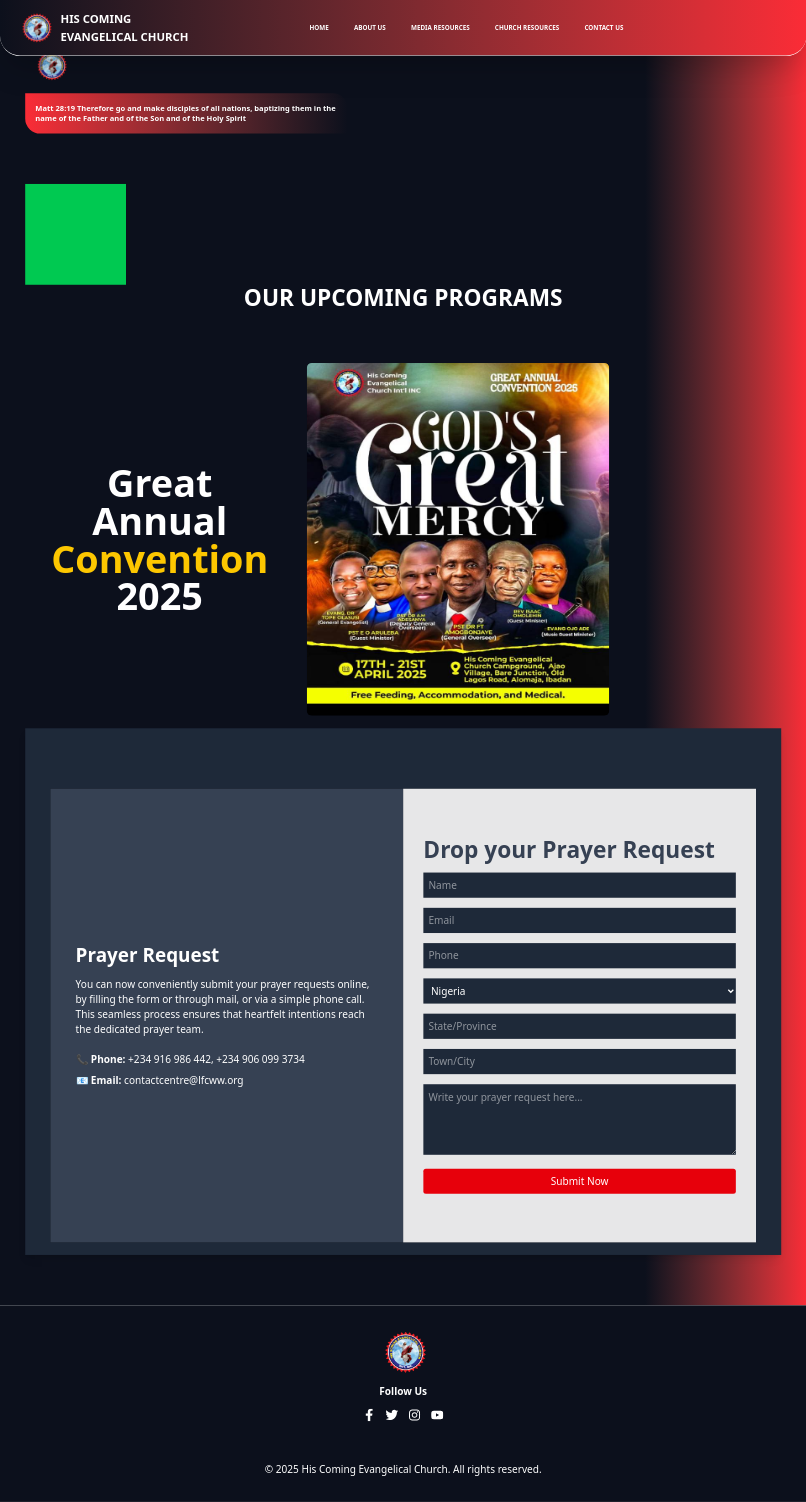
Repository: EmmyDunny1/HCEC-Website
Page: /
The author's editor kept a copy of each file at every save. The page is drawn from the files as they stood at one save, then again after the next save.
The browser window is 1280 px wide. The pictures show the whole page, at 63% of full size.
The project was rebuilt for these pictures with package versions that can differ from the ones it lists, and the page was loaded fresh each time. The framework's server and built-in components were replaced by stand-ins that run in the browser. Also part of the build but not shown: next.config.ts.

Above is the page before, as saved 2025-07-16 15:10:17.

### app/layout.tsx
import type { Metadata } from "next";
import { Geist, Geist_Mono } from "next/font/google";
import "./globals.css";

const geistSans = Geist({
  variable: "--font-geist-sans",
  subsets: ["latin"],
});

const geistMono = Geist_Mono({
  variable: "--font-geist-mono",
  subsets: ["latin"],
});

export const metadata: Metadata = {
  title: "Official HCEC Website",
  description: "His Coming Evangelical Church Website",
};

export default function RootLayout({
  children,
}: Readonly<{
  children: React.ReactNode;
}>) {
  return (
    <html lang="en">
    <head>
      <link rel="icon" href="/public/assets/HCEC_LOGO.png" />
    </head>
      <body
        className={`${geistSans.variable} ${geistMono.variable} antialiased`}
      >

        {children}
        {/* Footer Component */}
      </body>
    </html>
  );
}

### app/page.tsx

import Navbar from "./components/Navbar";
import Homepage from './Home-page/Homepage';
import Footer from "./components/Footer";


export default function Home() {
  return (
    <div className="justify-center">

       {/* Navbar Component */}
       <Navbar />
      <Homepage />
      <Footer />


    </div>
  );
}

### app/components/Navbar.tsx
"use client";

import React from "react";
import Image from "next/image";
import Link from "next/link";
import { BiMenuAltRight } from "react-icons/bi";

type NavItem = {
  label?: string;
  link?: string;
  children?: NavItem[];
};

type NavbarProps = {
  navItems?: NavItem[];
  churchName?: string;
};

const defaultNavItems: NavItem[] = [
  { label: "HOME", link: "#", children: [{ label: "Upcoming Events", link: "Home-page/Upcoming-Programs" }, { label: "Prayer Requests", link: "Home-page/Prayer-Request" }] },
  { label: "ABOUT US", link: "#", children: [{ label: "Our History", link: "About-Us/our-history" }, { label: "Mission and Vision", link: "About-Us/mission-and-vision" }, { label: "Our Beliefs", link: "About-Us/our-beliefs" }] },
  { label: "MEDIA RESOURCES", link: "#", children: [{ label: "Our Audio & Video Resources", link: "/Media-Resources" },] },
  { label: "CHURCH RESOURCES", link: "#", children: [{ label: "Gospel Hymnal", link: "#" }, { label: "Honey From The Rock", link: "#" }, { label: "Daily Honey", link: "#" }] },
  { label: "CONTACT US", link: "/Contact-Us/Home" },
];

export default function Navbar({
  navItems = defaultNavItems,
  churchName = "His Coming Evangelical Church",
}: NavbarProps) {
  return (
    <div className="bg-[#0C101C]">
      <div className="fixed top-0 bg-gradient-to-r from-[#0C101C] to-red-500 flex max-w-7xl w-full mx-auto text-white p-4 transition-all border-b-1 rounded-b-4xl shadow-2xl hover:border-0">
        <section className="flex transition-all my-auto items-center gap-[19.5rem] md:gap-[0rem]">
          <Image src="/assets/HCEC_LOGO.png" width={80} height={48} alt="HCEC Logo" className="h-[3rem] w-[5rem] object-cover" />
          <span className="hidden md:inline font-bold text-lg uppercase ">
  {churchName.split("Evangelical")[0]}
  <br />
  Evangelical{churchName.split("Evangelical")[1] || ""}
</span>
          <nav className="text-[10px] hidden md:flex md:ml-[12rem] justify-between items-center gap-10">
            {navItems.map((d, i) => (
              <div key={i} className="group relative">
                <Link href={d.link ?? "#"} className="group items-center transition-all relative">
                  <p className="flex cursor-pointer">
                    <span className="font-semibold">{d.label}</span>
                  </p>
                </Link>
                {/* Dropdown */}
                {d.children && (
                  <div className="absolute flex flex-col justify-center left-1/2 transform -translate-x-1/2 top-10 bg-amber-50 text-black w-[11rem] transition-all text-[12px] border-t-4 border-red-500 opacity-0 invisible group-hover:opacity-100 group-hover:visible">
                    {d.children.map((ch, j) => (
                      <a key={j} href={ch.link ?? "#"} className="py-2 px-4 hover:bg-red-500 hover:text-white">
                        {ch.label}
                      </a>
                    ))}
                  </div>
                )}
              </div>
            ))}
          </nav>
          <BiMenuAltRight className="text-2xl md:hidden justify-end" />
        </section>
      </div>
    </div>
  );
}

### app/Home-page/Homepage.tsx
import React from 'react'
import UpcomingPrograms from './Upcoming-Programs/page'

import Image from 'next/image'
import PrayerRequest from '../Contact-Us/Prayer-RequestForm/page'





export default function Homepage() {
  return (
    <div className='bg-gradient-to-r from-[#0C101C] from-80%  to-red-500 px-10 py-[5rem]'>
 <Image src="/assets/HCEC_LOGO.png" width={80} height={48} alt="HCEC Logo" className="h-[3rem] w-[5rem] object-cover mb-5" />
  <p className='bg-gradient-to-r from-red-500 to-[#0C101C] justify-start text-xs md:text-md text-white p-4 my-5 max-w-[20rem] md:max-w-lg rounded-tr-3xl rounded-bl-3xl font-bold mb-[5rem]'>Matt 28:19

    Therefore go and make disciples of all nations, baptizing them in the name of the Father and of the Son and of the Holy Spirit</p>

<div className='hover:'>    <div className='relative h-[10rem] w-[10rem] bg-green-500 z-10 '></div>
    <div className='absolute h-[10rem] w-[10rem] bg-red-500 mt-[-10rem] hover:transition-transform  hover:translate-y-[10px] hover:translate-x-[-10px]
     '></div>
</div>

    <UpcomingPrograms />
    <PrayerRequest />
    </div>
  )

}

### app/components/Footer.tsx
import React from 'react';
import Image from 'next/image';
import { FaFacebookF, FaTwitter, FaInstagram, FaYoutube } from 'react-icons/fa';

export default function Footer() {
  return (
    <footer className="bg-[#0C101C] text-white py-10">
      <div className="container mx-auto px-4 flex flex-col items-center justify-center gap-8 text-center">
        {/* Logo and Socials */}
        <div className="flex flex-col items-center">
         <a href="#"><Image
            src="/assets/HCEC_LOGO.png"
            alt="HCEC Logo"
            width={120}
            height={60}
            className="mb-4"
          /></a>

          <div>
            <p className="font-semibold mb-4">Follow Us</p>
            <div className="flex justify-center space-x-4 text-xl transition-all duration-100">
              <a href="https://www.facebook.com/profile.php?id=100067408456230&mibextid=ZbWKwL" aria-label="Facebook" className="hover:text-blue-400 hover:border-2 rounded-md hover:p-1"><FaFacebookF /></a>
              <a href="#" aria-label="Twitter" className="hover:text-blue-400 hover:border-2 rounded-md hover:p-1"><FaTwitter /></a>
              <a href="#" aria-label="Instagram" className="hover:text-pink-400 hover:border-2 rounded-md hover:p-1 hover:border-red-500"><FaInstagram /></a>
              <a href="#" aria-label="YouTube" className="hover:text-red-500 hover:border-b-2 hover:border-2 rounded-md hover:p-1 hover:border-red-500"><FaYoutube /></a>
            </div>
          </div>
        </div>
        {/* Copyright */}
        <div className="mt-8 ">
          <p className="text-md">
            © {new Date().getFullYear()} His Coming Evangelical Church. All rights reserved.
          </p>
        </div>
      </div>
    </footer>
  );
}

### app/Home-page/Upcoming-Programs/page.tsx
import React from 'react';
import Image from 'next/image'; // Import the Next.js Image component


export default function UpcomingPrograms() {
  return (
    <div className='text-white'>
      <div className='flex justify-center items-center mx-auto'>
        <h1 className='uppercase text-center text-7xl md:text-4xl font-bold mb-[4rem]'>our upcoming programs</h1>
      </div>
      <div className='flex flex-col md:flex-row justify-center mx-auto items-center'>
       {/* Program description */}
       <div className=' p-5 m-5 w-full md:w-1/3'>
          <h2 className='text-center justify-center text-4xl md:text-6xl font-bold items-center'>Great Annual <span className='text-yellow-400'>Convention</span> 2025</h2>
        </div>
     {/* Convention flier */}
        <div className='rounded-lg p-5 w-full md:w-2/3'>
          <Image
            src='/assets/Convention.jpg'
            alt="Convention"  width={80}
  height={48}
            className='w-full h-full md:w-[30rem] md:h-[35rem] object-fill rounded-lg'

          />
        </div>

      </div>

    </div>
  );
}

### app/Contact-Us/Prayer-RequestForm/page.tsx
'use client'

import React, { useState } from 'react';
import emailjs from 'emailjs-com';


export default function PrayerRequestForm() {
  const [formData, setFormData] = useState({
    name: '',
    email: '',
    phone: '',
    country: 'Nigeria',
    state: '',
    city: '',
    request: ''
  });

  const handleChange = (e: React.ChangeEvent<HTMLInputElement | HTMLTextAreaElement | HTMLSelectElement>) => {
    const { name, value } = e.target;
    setFormData(prev => ({ ...prev, [name]: value }));
  };

  const handleSubmit = (e: React.FormEvent) => {
    e.preventDefault();
    emailjs.send(
      'your_service_id',
      'your_template_id',
      formData,
      'your_user_id_or_public_key'
    ).then(() => {
      alert("Prayer request sent!");
      setFormData({
        name: '', email: '', phone: '', country: 'Nigeria', state: '', city: '', request: ''
      });
    }).catch((err) => {
      console.error(err);
      alert("Failed to send request.");
    });
  };

  return (

    <div>   <div className="md:px-10 md:pt-[6rem] md:pb-5 bg-gray-800 shadow-lg min-h-screen"

    >
      <div className="grid grid-cols-1 md:grid-cols-2 bg-black/60 min-h-screen">
        {/* Left: Red Info Section */}
        <div className="bg-gray-700 text-white px-10 flex flex-col justify-center">
          <h2 className="text-3xl font-bold mb-4">Prayer Request</h2>
          <p className="mb-6">
            You can now conveniently submit your prayer requests online, by filling the form or through mail,
            or via a simple phone call. This seamless process ensures that heartfelt intentions reach the dedicated prayer team.
          </p>
          <div className="mb-2">
            📞 <strong>Phone:</strong> +234 916 986 442, +234 906 099 3734
          </div>
          <div>
            📧 <strong>Email:</strong> contactcentre@lfcww.org
          </div>
        </div>

        {/* Right: Form Section */}
        <div className="bg-white/90 p-8 flex flex-col justify-center">
          <h2 className="text-4xl font-bold text-gray-700 mb-4">Drop your Prayer Request</h2>
          <form onSubmit={handleSubmit} className="space-y-4">
            <input name="name" value={formData.name} onChange={handleChange} placeholder="Name" className="w-full p-2 bg-gray-800 text-white" />
            <input name="email" type="email" value={formData.email} onChange={handleChange} placeholder="Email" className="w-full p-2 bg-gray-800 text-white" />
            <input name="phone" value={formData.phone} onChange={handleChange} placeholder="Phone" className="w-full p-2 bg-gray-800 text-white" />
            <select name="country" value={formData.country} onChange={handleChange} className="w-full p-2 bg-gray-800 text-white">
               <option>Nigeria</option>
              <option>Togo</option>
              <option>Benin Republic</option>
              {/* Add more countries */}
            </select>
            <input name="state" value={formData.state} onChange={handleChange} placeholder="State/Province" className="w-full p-2 bg-gray-800 text-white" />
            <input name="city" value={formData.city} onChange={handleChange} placeholder="Town/City" className="w-full p-2 bg-gray-800 text-white" />
            <textarea name="request" value={formData.request} onChange={handleChange} placeholder="Write your prayer request here..." rows={4} className="w-full p-2 bg-gray-800 text-white" />
            <button type="submit" className="w-full bg-red-600 text-white py-2 rounded">Submit Now</button>
          </form>
        </div>
      </div>

    </div>

</div>

  );
}

Loaded but not shown: app/globals.css (common file)

After the next save:
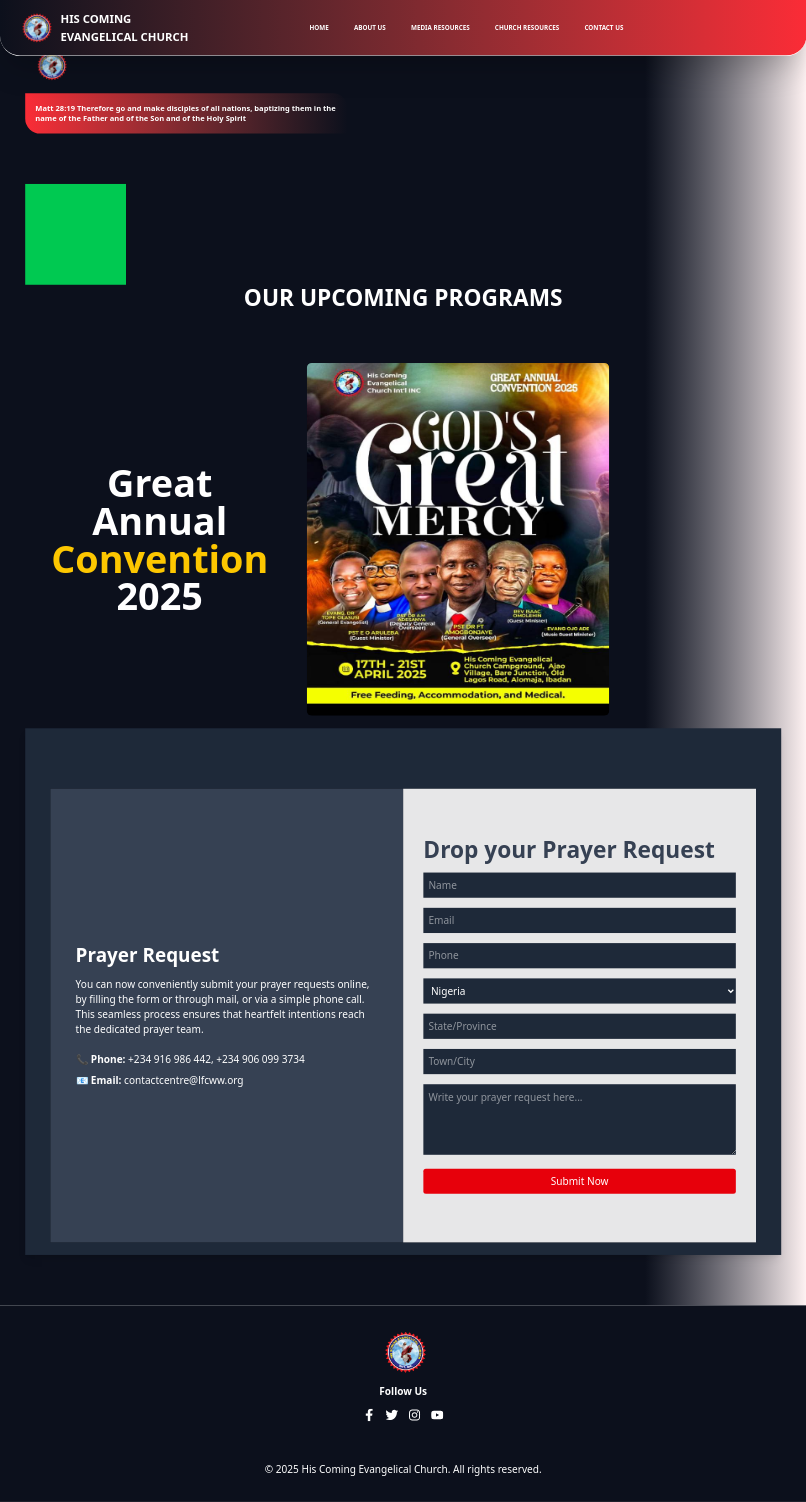
Saved 22 s later.
--- a/app/Home-page/Homepage.tsx
+++ b/app/Home-page/Homepage.tsx
@@ -10,7 +10,7 @@
 
 export default function Homepage() {
   return (
-    <div className='bg-gradient-to-r from-[#0C101C] from-80%  to-red-500 px-10 py-[5rem]'>
+    <div className='bg-gradient-to-r from-[#0C101C] from-80%  to-red-50 px-10 py-[5rem]'>
  <Image src="/assets/HCEC_LOGO.png" width={80} height={48} alt="HCEC Logo" className="h-[3rem] w-[5rem] object-cover mb-5" />
   <p className='bg-gradient-to-r from-red-500 to-[#0C101C] justify-start text-xs md:text-md text-white p-4 my-5 max-w-[20rem] md:max-w-lg rounded-tr-3xl rounded-bl-3xl font-bold mb-[5rem]'>Matt 28:19
 

After the save that followed:
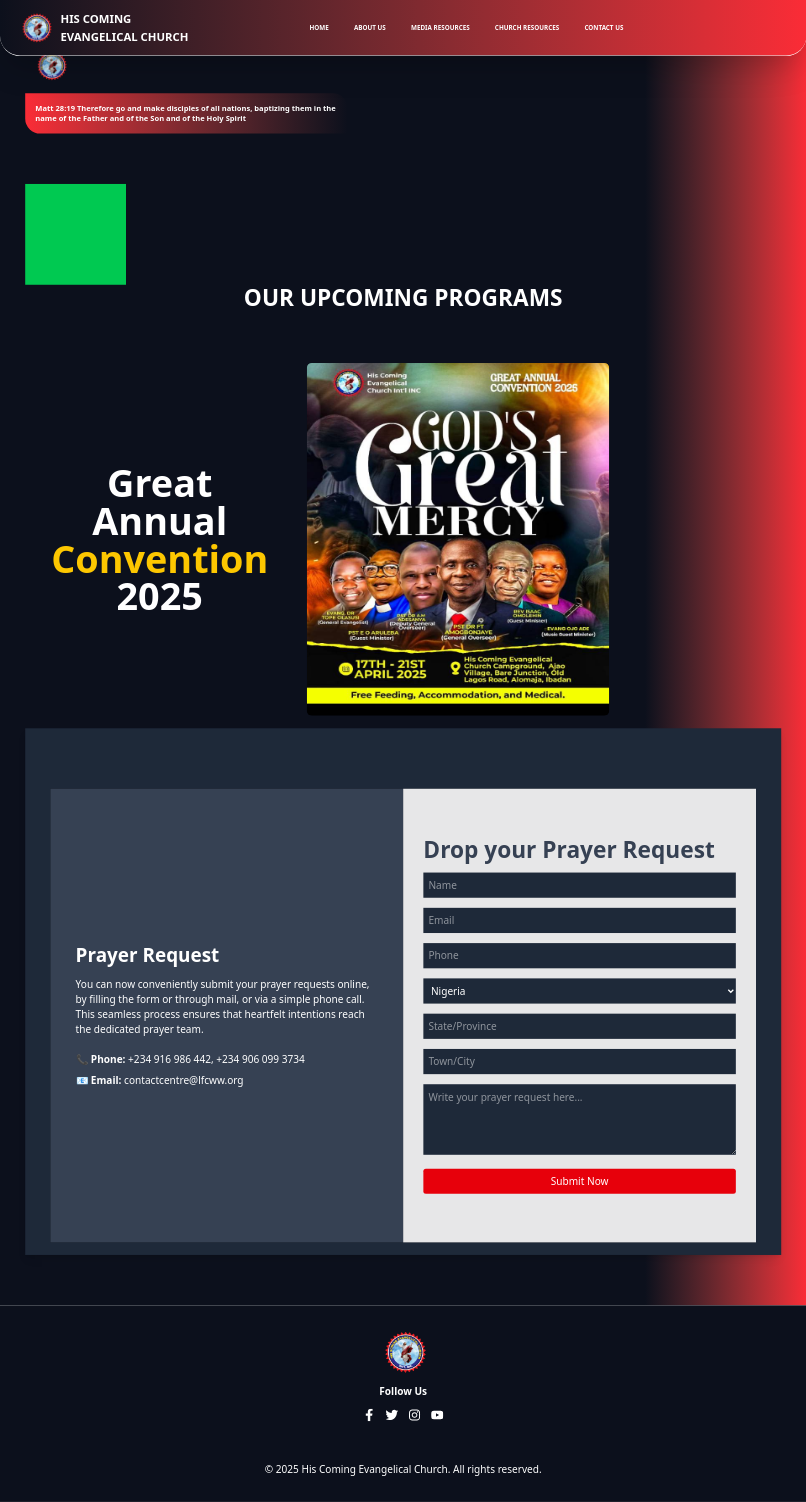
Saved 4 s later.
--- a/app/Home-page/Homepage.tsx
+++ b/app/Home-page/Homepage.tsx
@@ -10,7 +10,7 @@
 
 export default function Homepage() {
   return (
-    <div className='bg-gradient-to-r from-[#0C101C] from-80%  to-red-50 px-10 py-[5rem]'>
+    <div className='bg-gradient-to-r from-[#0C101C] from-80%  to-red-500 px-10 py-[5rem]'>
  <Image src="/assets/HCEC_LOGO.png" width={80} height={48} alt="HCEC Logo" className="h-[3rem] w-[5rem] object-cover mb-5" />
   <p className='bg-gradient-to-r from-red-500 to-[#0C101C] justify-start text-xs md:text-md text-white p-4 my-5 max-w-[20rem] md:max-w-lg rounded-tr-3xl rounded-bl-3xl font-bold mb-[5rem]'>Matt 28:19
 
